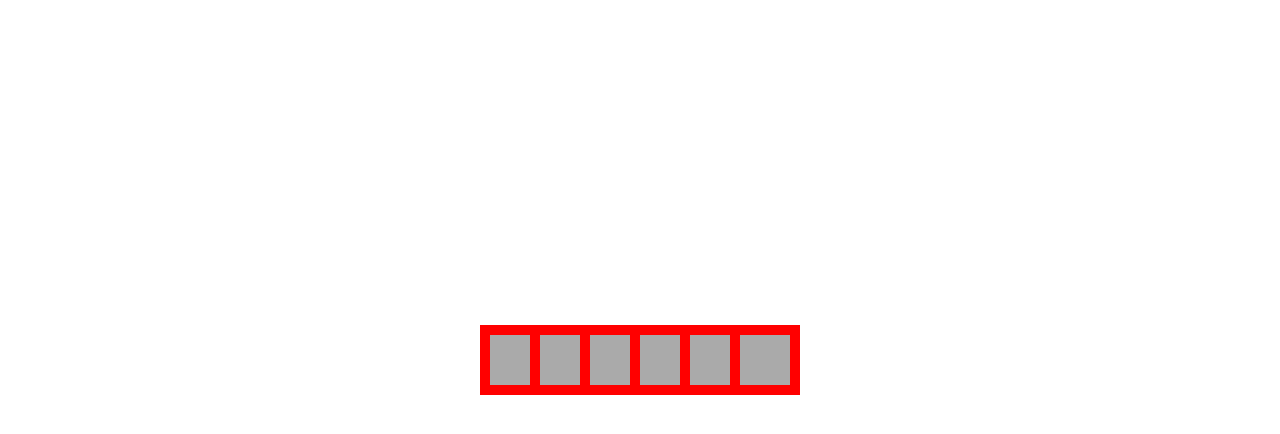
Repository: hao-xh/test
Page: vscode/index.html
An editor plug-in stored every save of this project. The page is shown before and after the next save, followed by the edit.
The browser window is 1280 px wide. The pictures show the whole page.

Above is the page before, as saved 2019-03-20 12:01:27.

After the next save:
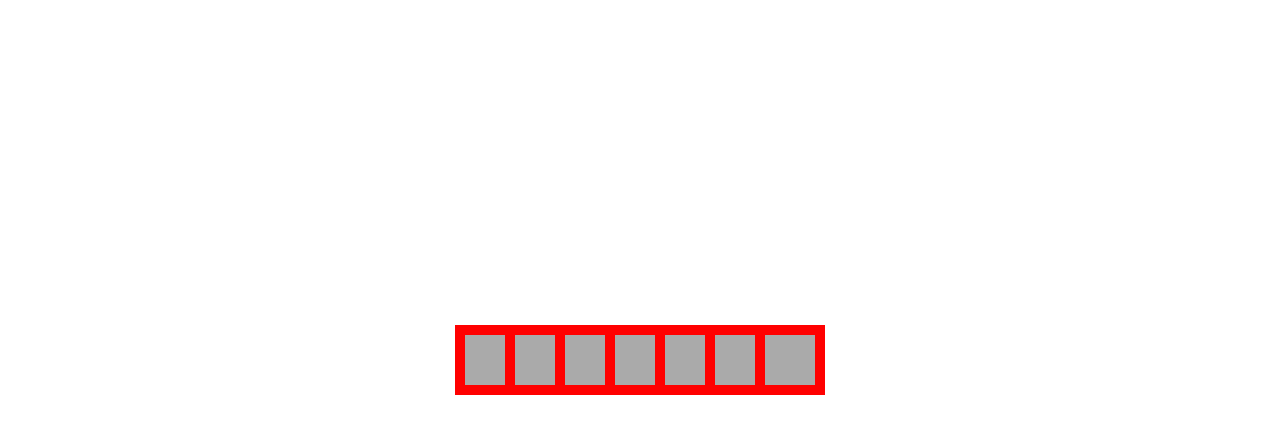
Saved 2 min 18 s later.
--- a/vscode/index.html
+++ b/vscode/index.html
@@ -2,17 +2,17 @@
 <html lang="en">
 
 <head>
-  <meta charset="UTF-8">
-  <meta name="viewport" content="width=device-width, initial-scale=1.0">
-  <meta http-equiv="X-UA-Compatible" content="ie=edge">
-  <title>Document</title>
-  <link rel="stylesheet" href="./css/index.css">
+    <meta charset="UTF-8">
+    <meta name="viewport" content="width=device-width, initial-scale=1.0">
+    <meta http-equiv="X-UA-Compatible" content="ie=edge">
+    <title>Document</title>
+    <link rel="stylesheet" href="./css/index.css">
 </head>
 
 <body>
-  <!-- <a href="https://aaaaaa.html">1111</a> -->
+    <!-- <a href="https://aaaaaa.html">1111</a> -->
 
-  <!-- <video src=""></video>
+    <!-- <video src=""></video>
   <audio src=""></audio>
   <canvas></canvas>
   <header></header>
@@ -20,35 +20,38 @@
   <aside></aside>
   <section></section>
   <footer></footer> -->
-  <div></div>
-  <div></div>
-  <div></div>
+    <div></div>
+    <div></div>
+    <div></div>
 
 
-  <div></div>
+    <div></div>
 
 
 
 
-  <div></div>
+    <div></div>
 
 
-  <div></div>
+    <div></div>
+
+
+    <div></div>
 </body>
 <script src="./js/index.js"></script>
 <script>
-  // window.onload() => {
+    // window.onload() => {
 
-  // }
-  // let a = [1, 2, 3];
+    // }
+    // let a = [1, 2, 3];
 
-  // window.onload = function () {
-  //   console.log('Hello Word!');
-  // }
-  // $('a').addEventListener('click',function(ev) {
-  //   ev.preventDefault();
-  //   console.log(1);
-  // })
+    // window.onload = function () {
+    //   console.log('Hello Word!');
+    // }
+    // $('a').addEventListener('click',function(ev) {
+    //   ev.preventDefault();
+    //   console.log(1);
+    // })
 </script>
 
 </html>
